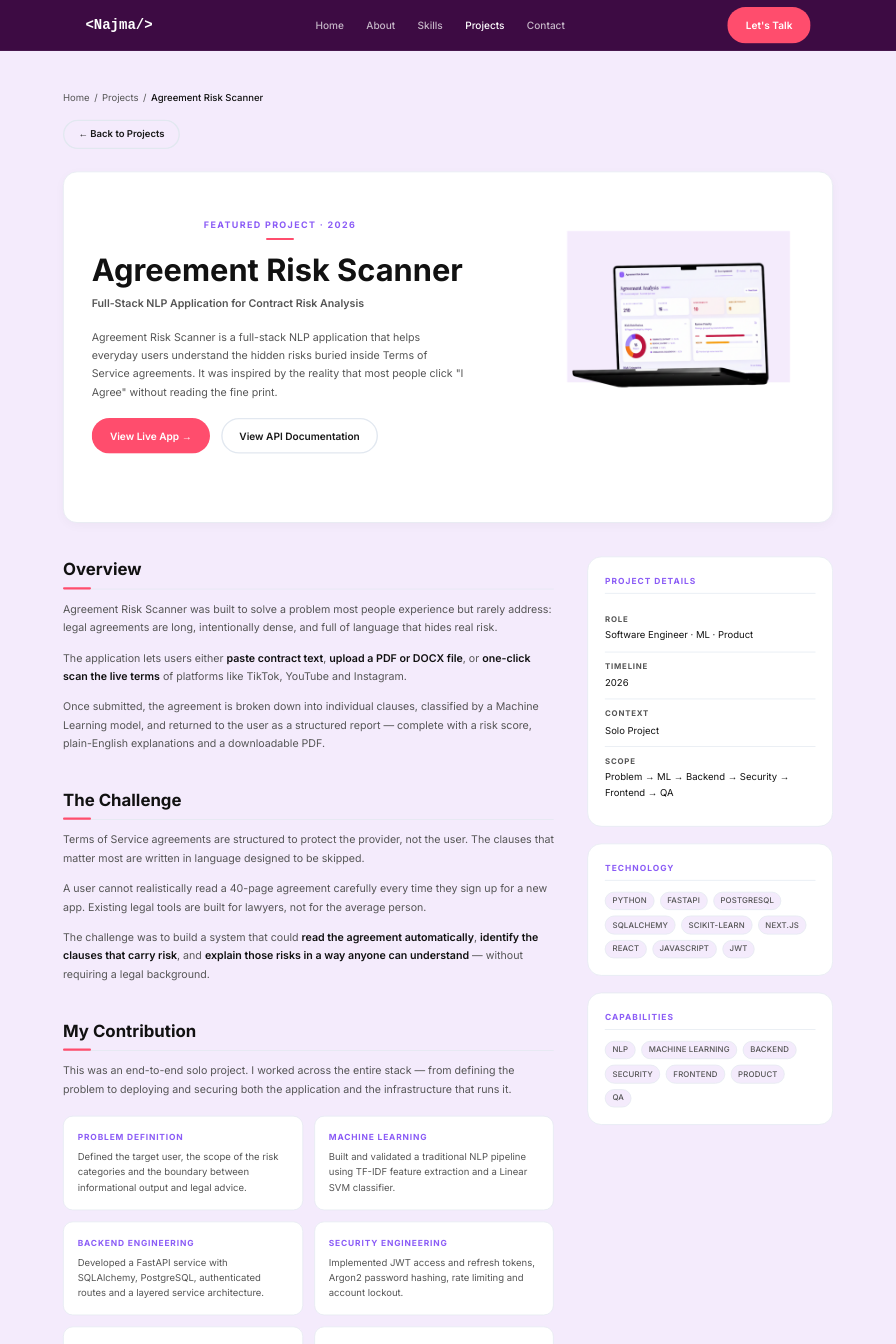
Repository: najmahares/portfolio
Page: agreement.html
These files come from the project's save history. The page is drawn as it stood at one moment and after the next save; the edit follows.
The browser window is 1280 px wide. The pictures show the part of the page from y = 0 to 1920 px (the page is 5408 px tall), at 70% of full size.

Above is the page before, as saved 2026-09-19 11:47:43.

After the next save:
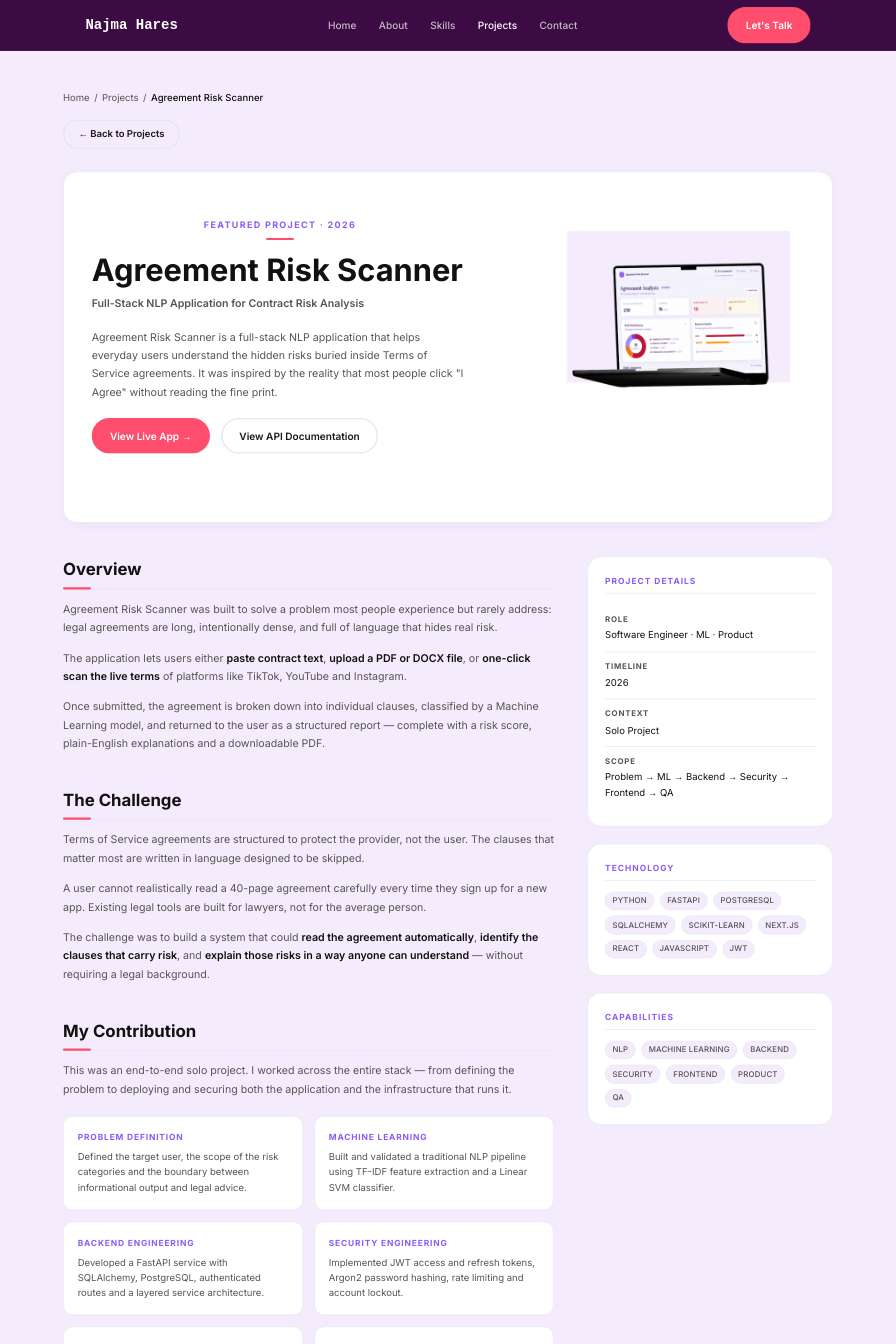
Saved 96 s later.
--- a/agreement.html
+++ b/agreement.html
@@ -16,7 +16,7 @@
   <body>
     <nav class="navbar">
       <div class="container nav-container">
-        <a href="index.html" class="logo">&lt;Najma/&gt;</a>
+        <a href="index.html" class="logo">Najma Hares</a>
         <div class="nav-links">
           <a href="index.html">Home</a>
           <a href="index.html#about">About</a>
